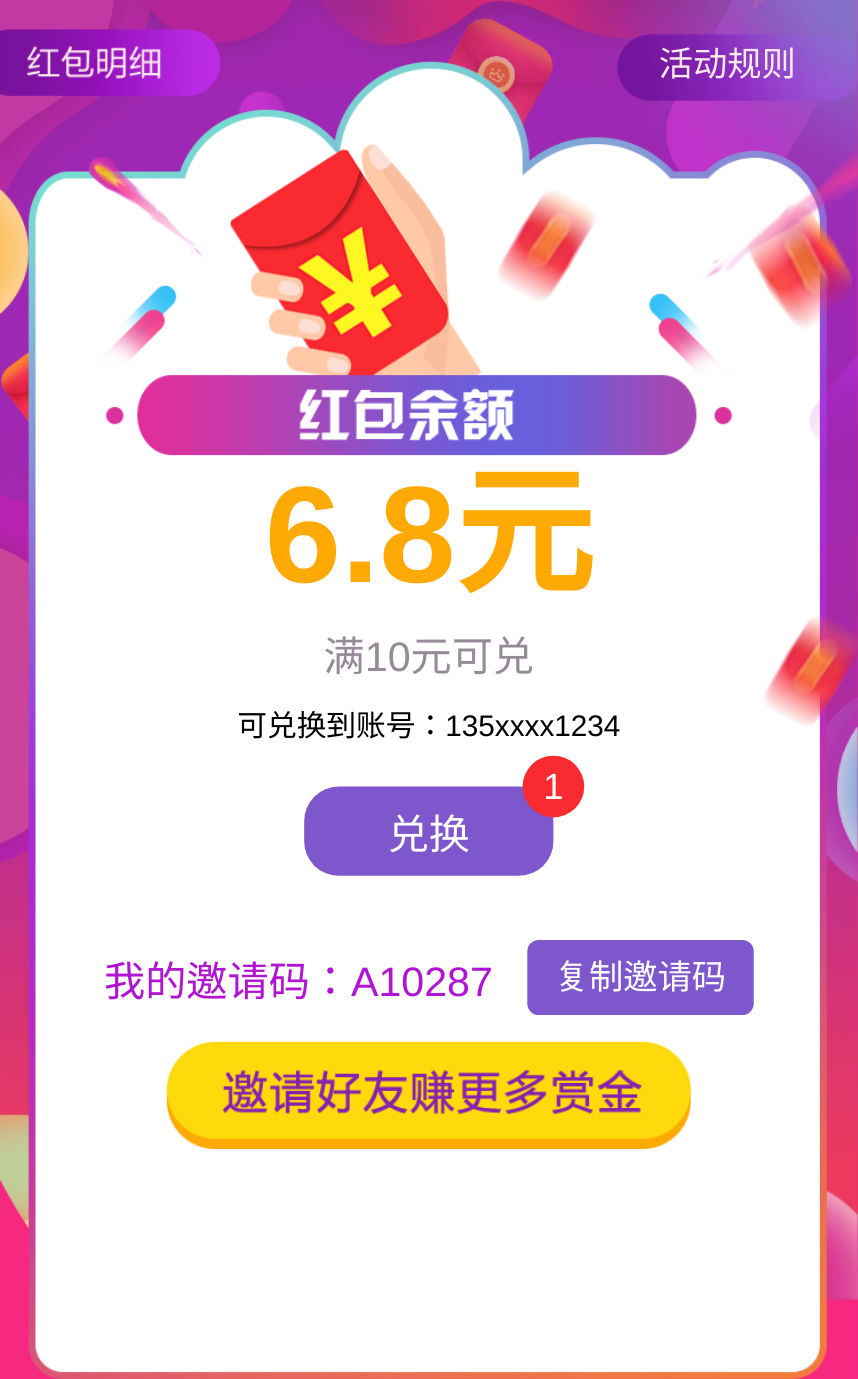
Repository: wangbiaozy/hb
Page: index_ye.html
The author's editor kept a copy of each file at every save. The page is drawn from the files as they stood at one save, then again after the next save.
The browser window is 1280 px wide. The pictures show the whole page, at 67% of full size.

Above is the page before, as saved 2018-08-17 16:39:05.

After the next save:
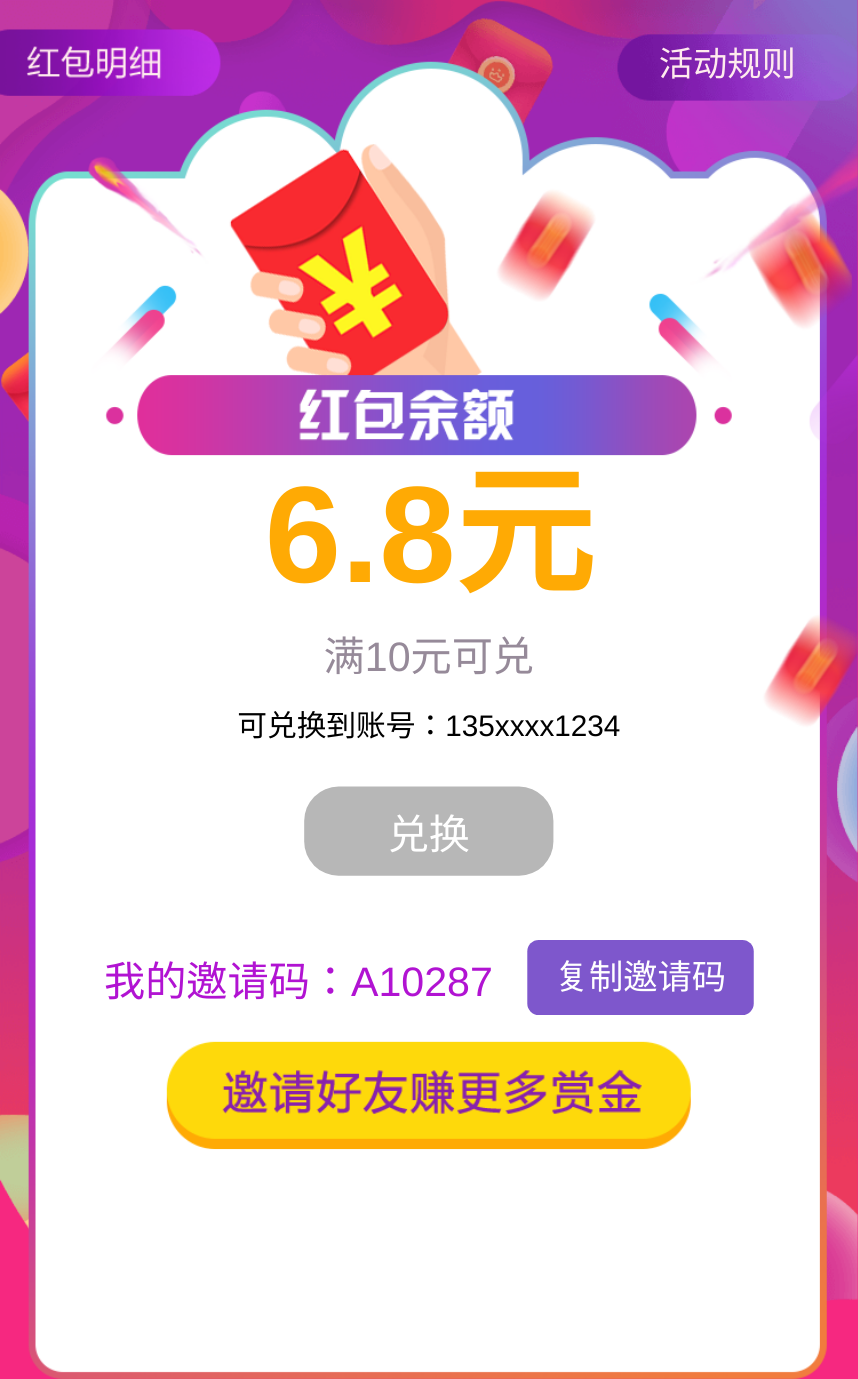
Saved 21 s later.
--- a/index_ye.html
+++ b/index_ye.html
@@ -18,7 +18,7 @@
             <h2 class="money"><span>6.8</span>元</h2>
             <p>满10元可兑</p>
             <p>可兑换到账号：<span>135xxxx1234</span></p>
-            <div class="act">
+            <div class="get_btn">
                 <a href="javascript:void(0)">兑换</a>
                 <span>1</span>
             </div>
